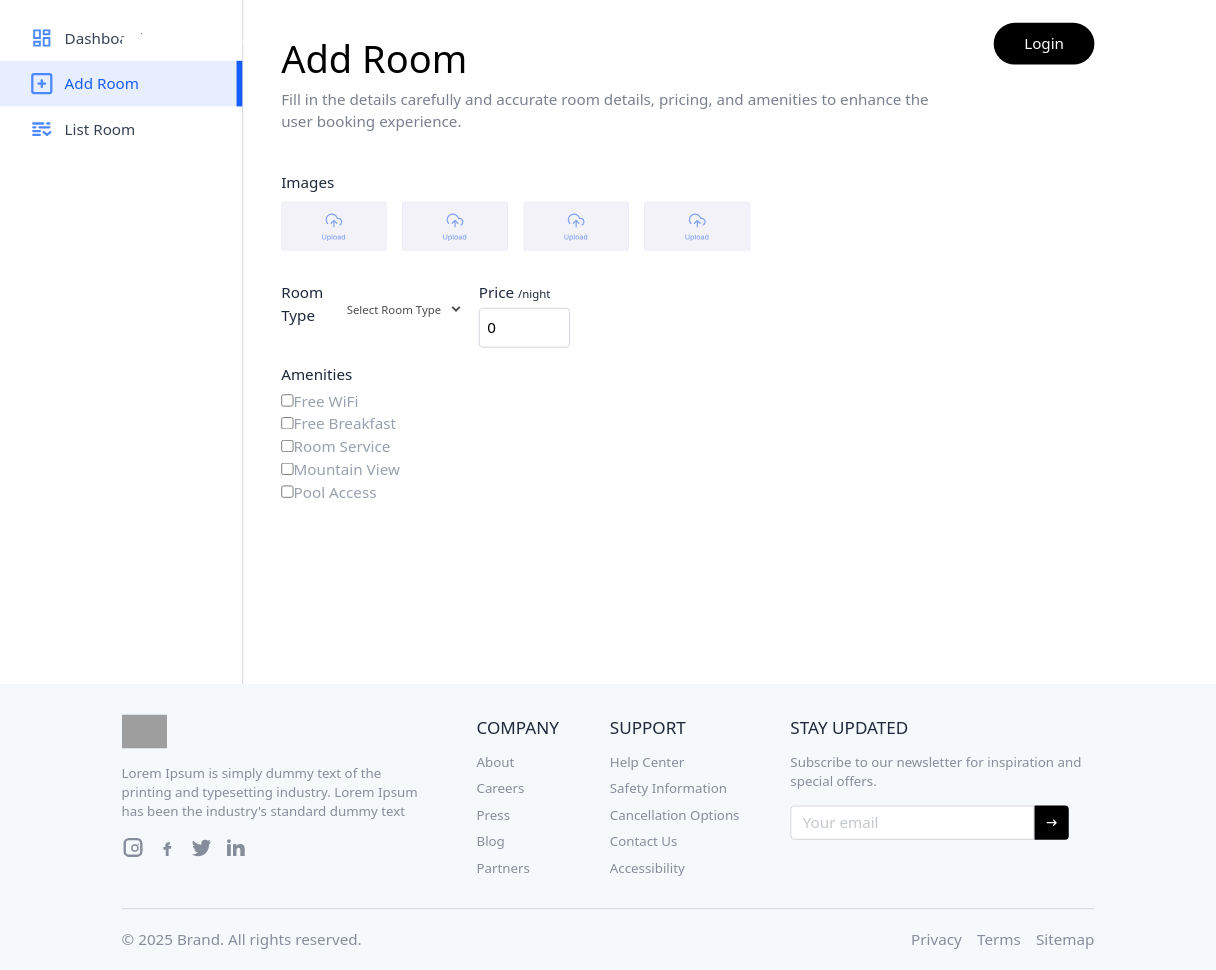
Repository: Ponn-Star/My-App
Page: /owner/add-room (app in FrontEnd/)
These files come from the project's save history. The page is drawn as it stood at one moment and after the next save; the edit follows.
The browser window is 1280 px wide. The pictures show the whole page, at 95% of full size.
Pictures or frames that could not be fetched are drawn as grey boxes. The page's requests for data from a server got no answer. The project was rebuilt for these pictures with package versions that can differ from the ones it lists, and the page was loaded fresh each time. Some packages were replaced by stand-ins written for this rebuild. No one was signed in, and anything a server would have sent is missing. Also part of the build but not shown: FrontEnd/vite.config.js, FrontEnd/src/assets/assets.js, FrontEnd/src/components/Hero.jsx, FrontEnd/src/components/HotelCard.jsx, FrontEnd/src/components/FeaturedDestination.jsx, FrontEnd/src/components/ExclusiveOffers.jsx, FrontEnd/src/data/Test.ts, FrontEnd/src/components/StarRating.jsx and 7 more.

Above is the page before, as saved 2025-05-12 17:33:50.

After the next save:
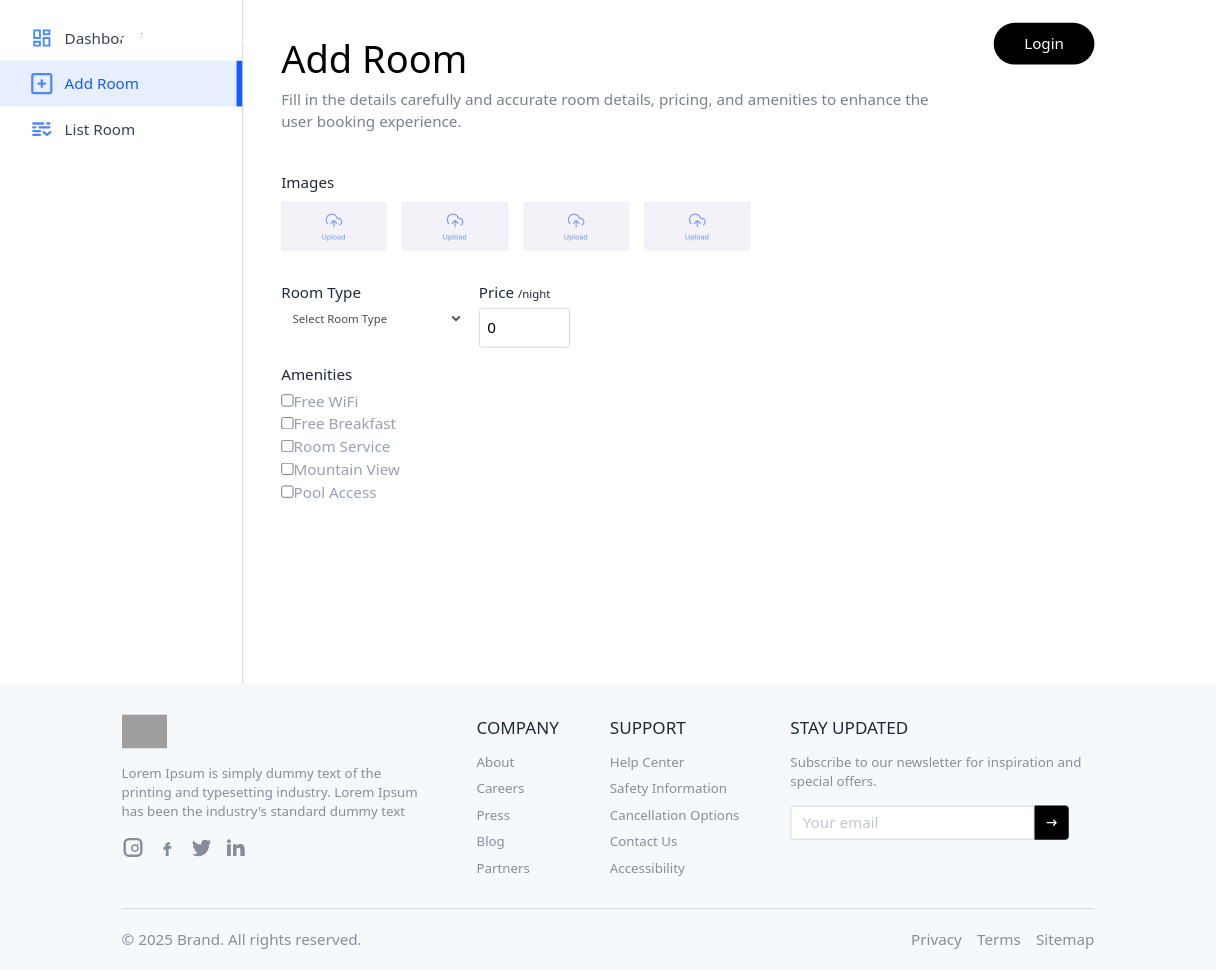
Saved 47 s later.
--- a/FrontEnd/src/pages/Owner/AddRoom.jsx
+++ b/FrontEnd/src/pages/Owner/AddRoom.jsx
@@ -36,7 +36,7 @@ const AddRoom = () => {
         ))}
       </div>
       <div className='w-full flex max-sm:flex-col sm:gap-4 mt-4'>
-        <div className='flex max-w-48'>
+        <div className='flex-1 max-w-48'>
           <p className='mt-4 text-gray-800'>Room Type</p>
           <select value={inputs.roomType} onChange={e => setInputs({ ...inputs, roomType: e.target.value })} className='order opacity-70 border-gray-300 mt-1 rounded py-0.5 px-2 w-full text-xs'>
             <option value="">Select Room Type</option>
